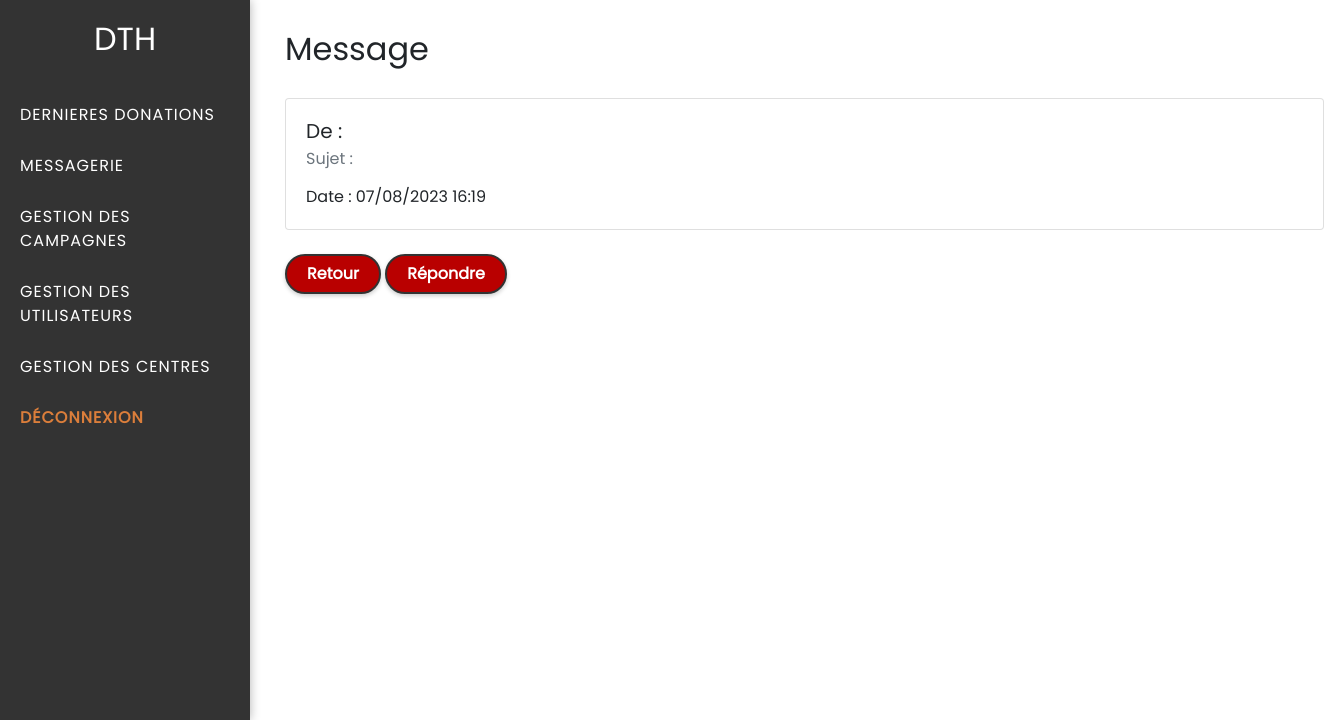
Repository: BrunoVgs/DTH
Page: templates/admin/messageread.html.twig
The author's editor kept a copy of each file at every save. The page is drawn from the files as they stood at one save, then again after the next save.
The browser window is 1280 px wide. The page is 1339 px wide, so the pictures cover 1339 px, including what lies to the right of the window. The pictures show the whole page.
The page is a Twig template of a Symfony application; nobody is signed in and links lead nowhere. The template is opened directly, without the code that normally fills it, so the values that code supplies are empty.

Above is the page before, as saved 2023-08-07 17:11:49.

### templates/admin/messageread.html.twig
{% extends 'admin/base.html.twig' %}

{% block title %}<title> Message </title> {% endblock %}

{% block body %}
<div class="container-fluid">
    <h1>Message</h1>

    <div class="card">
        <div class="card-body">
            <h5 class="card-title">De : {{ message.user.firstName }} {{ message.user.lastName }}</h5>
            <h6 class="card-subtitle mb-2 text-muted">Sujet : {{ message.subject }}</h6>
            <p class="card-text">{{ message.content }}</p>
            <p class="card-text">Date : {{ message.createdAt|date('d/m/Y H:i') }}</p>
        </div>
    </div>

    <div class="mt-4">
        <a href="{{ path('admin_messagerie') }}" class="btn btn-secondary">Retour</a>
        <a href="#" class="btn btn-primary">Répondre</a>
    </div>
</div>
{% endblock %}

### templates/admin/base.html.twig
<!DOCTYPE html>
<html lang="en">
<head>
    <meta charset="UTF-8">
    <meta name="viewport" content="width=device-width, initial-scale=1.0">
    {% block title %} <title>DTH Backoffice</title> {% endblock %}
    <link rel="stylesheet" href="https://maxcdn.bootstrapcdn.com/bootstrap/4.5.2/css/bootstrap.min.css">
    <link rel="stylesheet" href="{{ asset('css/backoffice.css') }}">
    <link href="https://fonts.googleapis.com/css2?family=Poppins&display=swap" rel="stylesheet">
</head>
<body>
    <!-- Barre latérale -->
<div class="sidebar">
    <a href="{{ path('admin') }}" style="text-decoration: none; color: #fff;">
        <h2>DTH</h2>
    </a>
    <a class="liens" href="{{ path('admin_donation') }}">Dernieres Donations</a>
    <a class="liens" href="{{ path('admin_messagerie')}}">Messagerie</a>
    <a class="liens" href="#">Gestion des campagnes</a>
    <a class="liens" href="{{ path('admin_user')}}">Gestion des utilisateurs</a>
    <a class="liens" href="{{ path('admin_center')}}">Gestion des centres</a>

    <!-- Logout boutton -->
    <a class="liens logout" href="{{ path('logout') }}">Déconnexion</a>
</div>

    {% block body %}{% endblock %}

    <script src="https://code.jquery.com/jquery-3.5.1.slim.min.js"></script>
    <script src="https://cdn.jsdelivr.net/npm/@popperjs/core@2.9.1/dist/umd/popper.min.js"></script>
    <script src="https://maxcdn.bootstrapcdn.com/bootstrap/4.5.2/js/bootstrap.min.js"></script>

    {% block scripts %}{% endblock %}
</body>
</html>

### public/css/backoffice.css
* {
    font-family: 'Poppins', sans-serif;
}

/* CSS pour la barre latérale */
.sidebar {
    height: 100%;
    width: 250px;
    position: fixed;
    top: 0;
    left: 0;
    background-color: #333;
    padding-top: 20px;
}

.sidebar h2 {
    color: #fff;
    text-align: center;
    margin-bottom: 30px;
    text-transform: uppercase;
}

.sidebar .liens {
    display: block;
    color: #fff;
    padding: 12px 20px;
    text-decoration: none;
    transition: background-color 0.3s ease;
    padding-top: 15px;
    text-transform: uppercase;
    letter-spacing: 1px;
    transition: all 0.2s ease;
}

.sidebar .liens:hover {
    background: linear-gradient(45deg, #ff0000, #b30000);
    transform: scale(1.05);
}

.sidebar .liens.active {
    background-color: #0056b3;
    font-weight: bold;
}

.sidebar .liens:first-child {
    padding-top: 25px;
}

.sidebar {
    box-shadow: 0 0 10px rgba(0, 0, 0, 0.3);
}

.sidebar .liens .logout {

    color:gold
}

.panels {
    margin-left: 250px;
    padding: 20px;
}



.table {
    width: 100%;
    border-collapse: collapse;
    margin-bottom: 20px;
    background-color: #fff;
    border: 1px solid #e90b0b96;
}

.table th,
.table td {
    padding: 12px;
    border-bottom: 1px solid #ddd;
}

.table th {
    background: #b30000;
    color: #fff;
    text-align: left;
}


.table tbody tr:hover {
    background-color: #f2f2f2;
}


.table th {
    text-transform: uppercase;
    letter-spacing: 1px;
}


.table td:first-child,
.table td:last-child {
    border-radius: 4px;
}

.btn {
    background-color: #b90000;
    color: #fff;
    font-weight: 700;
    padding: 6px 20px;
    border: none;
    border-radius: 30px;
    transition: 0.4s ease;
    border: 2px solid #333;
    box-shadow: 0 2px 4px rgba(0, 0, 0, 0.2);
}

.btn:hover {
    background-color: #800202;
    transition: 0.4s ease;
    color: white;
    border: 2px solid #333;
    box-shadow: 0 4px 8px rgba(0, 0, 0, 0.3); /
}


.table {
    box-shadow: 0 0 10px rgba(0, 0, 0, 0.1);
}
.container-fluid {
    width: 83.5%;
    margin-left: 270px;
}

h1 {
    font-size: 2em;
    margin-bottom: 30px;
    font-family: 'Poppins', sans-serif;
    margin-top: 30px
}

form {
    padding: 20px;
    background-color: #f9f9f9;
    border: 1px solid #ddd;
    border-radius: 5px;
    border: 2px solid #800202;
    margin-bottom: 20px;
}

.form-group {
    margin-bottom: 20px;
}

label {
    font-weight: bold;
}

input.form-control {
    width: 100%;
    padding: 8px;
    border: 1px solid #ccc;
    border-radius: 5px;
    font-size: 16px;
}

.sidebar .liens.logout {

    color:rgb(219, 126, 59);
    font-weight: 1000;
}

.sidebar .liens.logout:hover {

    color: rgb(255, 255, 255);
    font-weight: 1000;
}

After the next save:
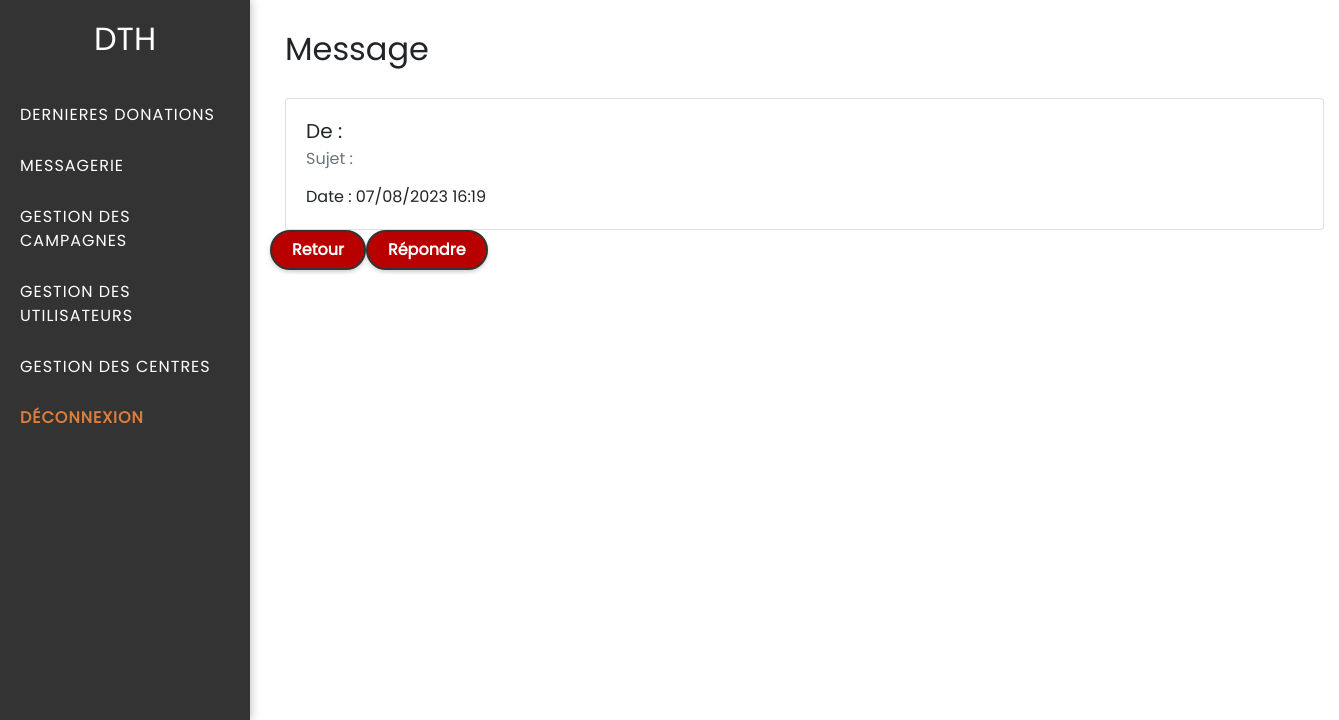
Saved 10 s later.
--- a/templates/admin/messageread.html.twig
+++ b/templates/admin/messageread.html.twig
@@ -15,7 +15,7 @@
         </div>
     </div>
 
-    <div class="mt-4">
+    <div class="row">
         <a href="{{ path('admin_messagerie') }}" class="btn btn-secondary">Retour</a>
         <a href="#" class="btn btn-primary">Répondre</a>
     </div>

After the 5 saves that followed:
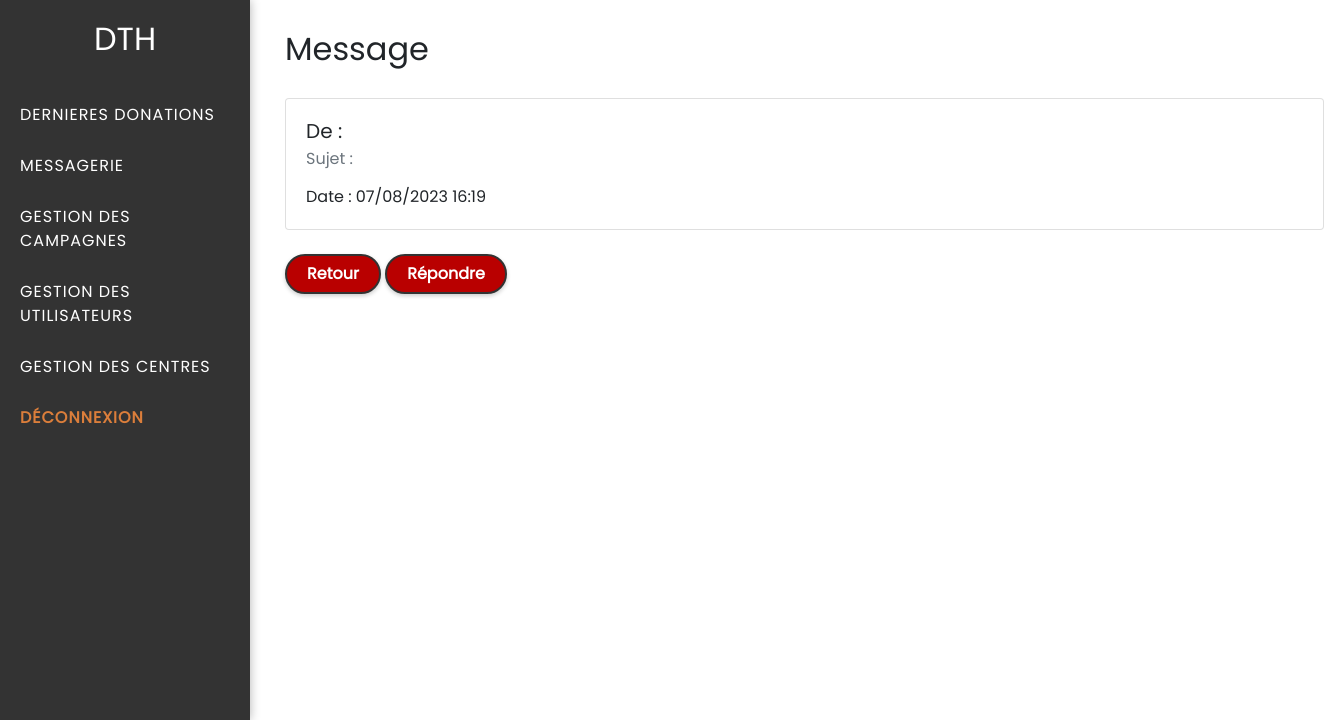
The 5 saves are shown as one change because they came seconds apart.
The last was saved 17 s later.
--- a/templates/admin/messageread.html.twig
+++ b/templates/admin/messageread.html.twig
@@ -15,7 +15,7 @@
         </div>
     </div>
 
-    <div class="row">
+    <div class="mt-4">
         <a href="{{ path('admin_messagerie') }}" class="btn btn-secondary">Retour</a>
         <a href="#" class="btn btn-primary">Répondre</a>
     </div>
